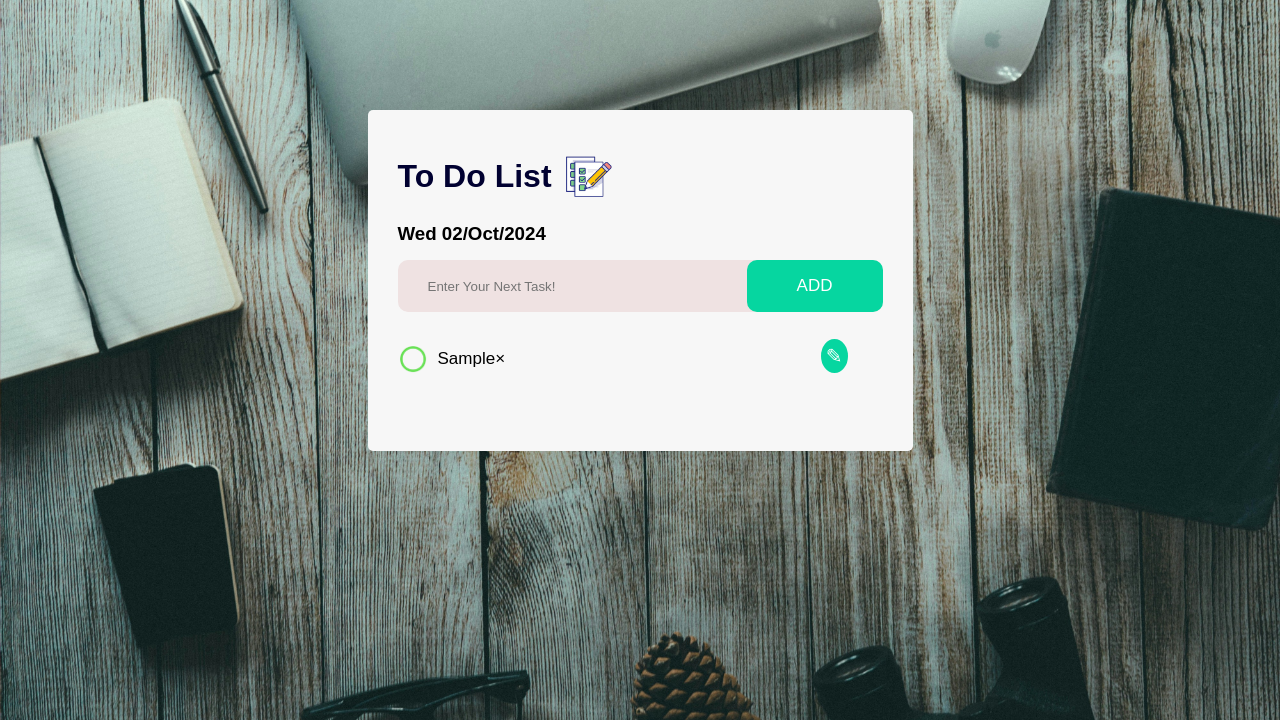
Repository: zeinawady/To_Do_List
Page: index.html
An editor plug-in stored every save of this project. The page is shown before and after a run of saves, followed by the edit.
The browser window is 1280 px wide. The pictures show the whole page.
Empty fields were first filled with sample values (such as "Sample", 5 or name@example.com).
After loading, the first visible `button.input-btn` was clicked once.

Above is the page before, as saved 2024-10-02 02:04:47.

### index.html
<!DOCTYPE html>
<html lang="en">

<head>
    <meta charset="UTF-8">
    <meta name="viewport" content="width=device-width, initial-scale=1.0">
    <title>To Do list</title>
    <link rel="stylesheet" href="css/style.css">
</head>

<body>
    <div class="container">
        <div class="todo-app">
            <h1>To Do List <img src="images/todolistpng.png" alt="to-do-list" class="logo"></h1>
           <h3 id="date"></h3>
            <div class="row">
                <input class="input-Text" type="text" id="input-box" placeholder="Enter Your Next Task!">
                <button class="input-btn" onclick="addTask()">ADD</button>
            </div>
            <ul id="list-container">
                <!-- <li class="checked">Task 0</li>
                <li>Task 1</li> -->
            </ul>
        </div>


    </div>
    <script src="script.js"></script>
</body>

</html>

### css/style.css
* {
    margin: 0;
    padding: 0;
    box-sizing: border-box;
    font-family: Arial, Helvetica, sans-serif;
}

:root {
    --font-color: rgb(1, 1, 49);
}

li {
    list-style: none;
}

.container {
    width: 100%;
    min-height: 100vh;
    background-image: url(../images/background3.jpg);
    background-position: center;
    background-size: cover;
    padding: 10px;
}

.todo-app {

    max-width: 545px;
    background-color: rgb(247, 247, 247);
    margin: 100px auto;
    padding: 40px 30px 70px;
    border-radius: 5px;
    transition: 0.5s;
}

.todo-app:hover {
    box-shadow: 4px 5px rgb(114, 114, 114);

}

.todo-app h1 {
    color: var(--font-color);
    display: flex;
    align-items: center;
    margin-bottom: 20px;

}
#date{
    margin-bottom: 15px;
}

.logo {
    width: 53px;
    margin-left: 10px;
}

.row {
    display: flex;
    align-items: center;
    justify-content: space-between;
    background-color: #efe2e2;
    border-radius: 10px;
    padding-left: 20px;
    margin-bottom: 25px;
}

.input-Text {
    flex: 1;
    border: none;
    outline: none;
    background-color: transparent;
    padding: 10px;
    font-weight: 14px;
}

.input-btn {
    border: none;
    outline: none;
    padding: 16px 50px;
    background-color: #06d6a0;
    border-radius: 10px;
    color: rgb(255, 255, 255);
    font-size: 17px;
    transition: 0.3s;
}

.input-btn:hover {
    background-color: #05b183;
    cursor: pointer;
}

ul li {
    position: relative;
    font-size: 17px;
    padding: 12px 2px 12px 40px;
    user-select: none;
    cursor: pointer;
}

ul li::before {
    content: '';
    position: absolute;
    height: 28px;
    width: 28px;
    border-radius: 50%;
    background-image: url(../images/unchecked.png);
    background-size: cover;
    background-position: center;
    left: 1px;
    top: 8px;
}

ul li.checked {
    color: #555;
    text-decoration: line-through;

}

ul li.checked::before {
    color: #666;
    background-image: url(../images/checked.png);
}

ul li .delete-btn{
    position: absolute;
    right: 0;
    top: 5px;
    width: 30px;
    height: 30px;
    font-size: 22px;
    color: #555;
    line-height: 30px;
    text-align: center;
    border-radius: 50%;
    /* border: solid; */
    transition: 0.2s;
}

ul li .delete-btn:hover {
    background-color: #e8e6e6;
}
ul li button{
    position: absolute;
    right: 35px;
    top: 2px;
    padding: 5px;
    cursor: pointer;
    border: none;
    outline: none;
    background-color: #06d6a0;
    border-radius: 50%;
    color: rgb(255, 255, 255);
    transition: 0.3s;
    font-size: 20px;
}

### script.js
let listContainer = document.getElementById("list-container");
let inputBox = document.getElementById("input-box");
let currentDate= document.getElementById("date");
function addTask() {
    if (inputBox.value === '') {
        alert("No Task Added!");
    }
    else {
        let li = document.createElement("li");
        li.innerHTML = inputBox.value;
        listContainer.appendChild(li);
        let xSign = document.createElement("span");
        xSign.innerHTML = '\u00d7';  // x sign code

        li.appendChild(xSign);

        let editBtn = document.createElement("button");
        editBtn.innerHTML="✎";

        li.appendChild(editBtn);
    }
    inputBox.value = "";  //so that input text become empty again
    saveTask();

}

inputBox.addEventListener("keydown", function (e) {
    if (e.key === "Enter") {
        e.preventDefault();
        addTask();
    }
});

listContainer.addEventListener("click", function (e) {
    //e is the event object contains info about event & target element that was clicked.
    if (e.target.tagName === "LI") {
        e.target.classList.toggle("checked");
        saveTask();
    }
    else if (e.target.tagName === "SPAN") {
        e.target.parentElement.remove();
        saveTask();

    }
})

function saveTask() {
    localStorage.setItem("Task", listContainer.innerHTML);
}
function showTask() {
    listContainer.innerHTML = localStorage.getItem("Task");
}
showTask();

function displayDate(){
    let date=new Date();
    date=date.toString().split(" ");
    currentDate.innerHTML=date[0]+" "+ date[2]+'/'+ date[1] +'/'+ date[3];
    console.log();
}
window.onload=displayDate();

After the next 2 saves:
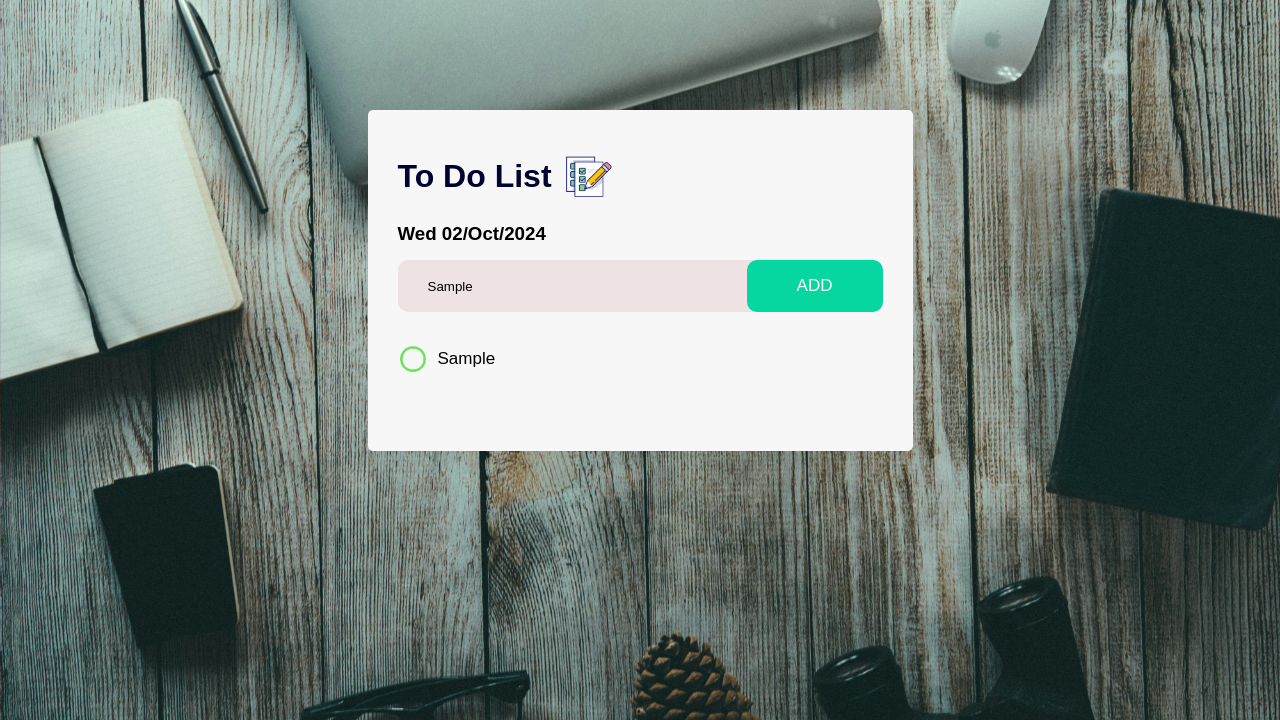
Console error (its wording comes from the project's code and is left out).
The 2 saves are shown as one change because they came seconds apart.
The last was saved 10 s later.
--- a/script.js
+++ b/script.js
@@ -11,7 +11,7 @@
         listContainer.appendChild(li);
         let xSign = document.createElement("span");
         xSign.innerHTML = '\u00d7';  // x sign code
-
+        xSign.classList.add("")
         li.appendChild(xSign);
 
         let editBtn = document.createElement("button");

After the 3 saves that followed:
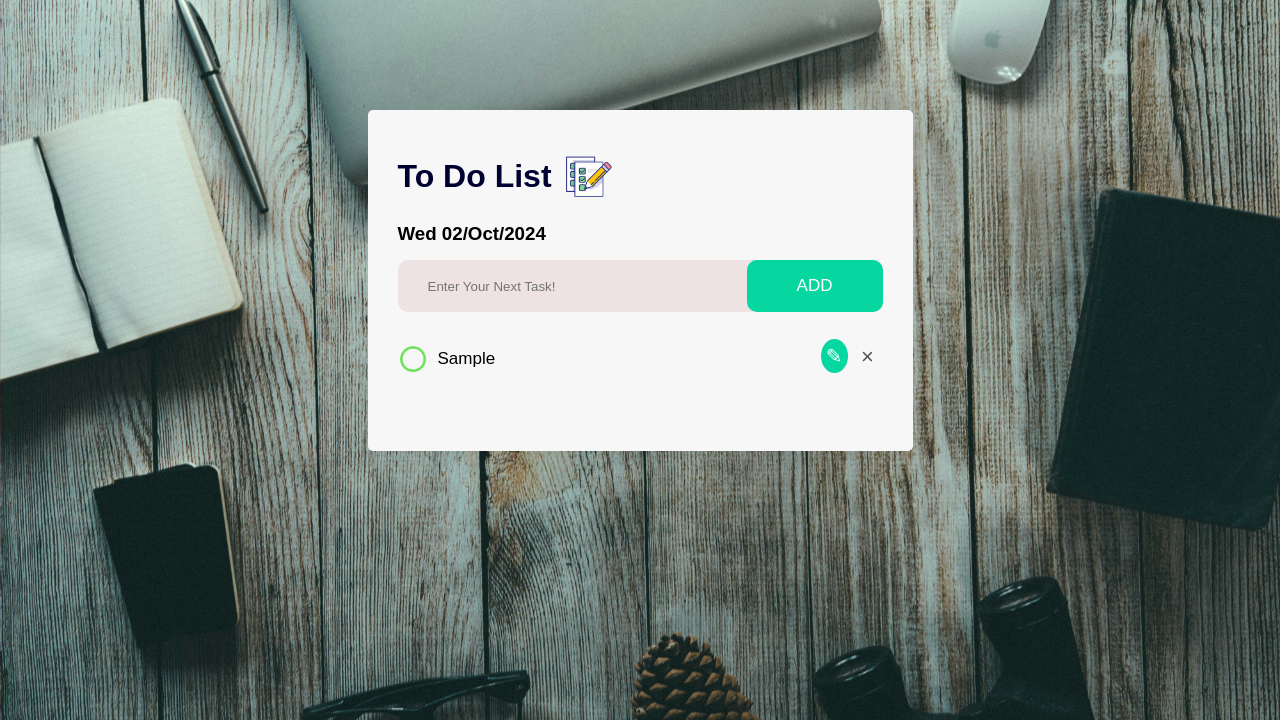
The error is gone.
The 3 saves are shown as one change because they came seconds apart.
The last was saved 9 s later.
--- a/script.js
+++ b/script.js
@@ -11,7 +11,7 @@
         listContainer.appendChild(li);
         let xSign = document.createElement("span");
         xSign.innerHTML = '\u00d7';  // x sign code
-        xSign.classList.add("")
+        xSign.classList.add("delete-btn");
         li.appendChild(xSign);
 
         let editBtn = document.createElement("button");
